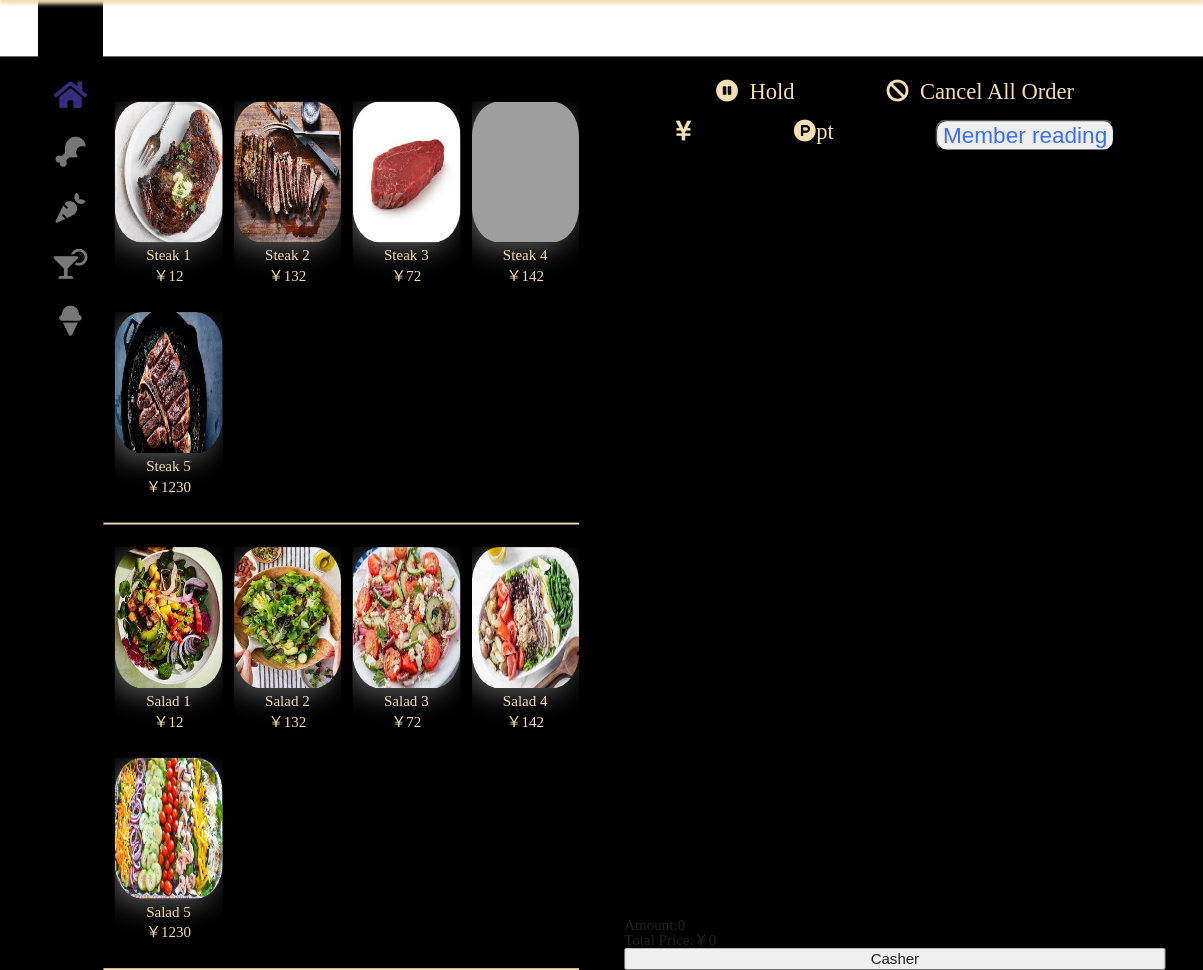
Repository: vuhungson158/Menu
Page: /
An editor plug-in stored every save of this project. The page is shown before and after the next save, followed by the edit.
The browser window is 1280 px wide. The pictures show the whole page, at 94% of full size.
Pictures or frames that could not be fetched are drawn as grey boxes. The project was rebuilt for these pictures with package versions that can differ from the ones it lists, and the page was loaded fresh each time. Also part of the build but not shown: src/component/mainMenu/orderBlock/orderContent/OrderedItem.jsx, src/redux-store/actions/HoldActions.jsx, src/component/mainMenu/orderBlock/utilities/HoldItem.jsx.

Above is the page before, as saved 2021-08-22 10:22:03.

### public/index.html
<!DOCTYPE html>
<html lang="en">
  <head>
    <meta charset="utf-8" />
    <link rel="icon" href="%PUBLIC_URL%/favicon.ico" />
    <meta name="viewport" content="width=device-width, initial-scale=1" />
    <meta name="theme-color" content="#000000" />
    <meta
      name="description"
      content="Web site created using create-react-app"
    />
    <link rel="apple-touch-icon" href="%PUBLIC_URL%/logo192.png" />
    <!--
      manifest.json provides metadata used when your web app is installed on a
      user's mobile device or desktop. See https://developers.google.com/web/fundamentals/web-app-manifest/
    -->
    <link rel="manifest" href="%PUBLIC_URL%/manifest.json" />
    <link rel="stylesheet" href="fontawesome-5.15.3-web/css/all.min.css">

    <!--
      Notice the use of %PUBLIC_URL% in the tags above.
      It will be replaced with the URL of the `public` folder during the build.
      Only files inside the `public` folder can be referenced from the HTML.

      Unlike "/favicon.ico" or "favicon.ico", "%PUBLIC_URL%/favicon.ico" will
      work correctly both with client-side routing and a non-root public URL.
      Learn how to configure a non-root public URL by running `npm run build`.
    -->
    <title>Restaurant Menu</title>
  </head>
  <body>
    <noscript>You need to enable JavaScript to run this app.</noscript>
    <div id="root"></div>
    <!--
      This HTML file is a template.
      If you open it directly in the browser, you will see an empty page.

      You can add webfonts, meta tags, or analytics to this file.
      The build step will place the bundled scripts into the <body> tag.

      To begin the development, run `npm start` or `yarn start`.
      To create a production bundle, use `npm run build` or `yarn build`.
    -->
  </body>
</html>

### src/redux-store/index.jsx
import { createStore, applyMiddleware } from "redux";
import { composeWithDevTools } from "redux-devtools-extension";
import thunk from "redux-thunk";
import rootReducer from "./reducers";

const initialState = {};

const middleware = [thunk];

const store = createStore(
    rootReducer,
    initialState,
    composeWithDevTools(applyMiddleware(...middleware))
);

export default store;

### src/component/mainMenu/index.jsx
import React from 'react';
import CenterMenu from './centerMenu';
import OrderBlock from './orderBlock';

const MainMenu = () => {
    return (
        <div id="main-menu">
            <div className="container">
                <div className="grid">
                    <CenterMenu />
                    <OrderBlock />
                </div>
            </div>
        </div >
    )
}

export default MainMenu

### src/styles/App.scss
@import "./_variables";
@import "./mixin";

* {
    box-sizing: border-box;
    font-family: "Fira sans", sans-serif;
}
body {
    font-size: 10px;
}

@media (max-width: $breakpoint_mobile) {
    :root {
        --container_width: 100%;
    }
}
@media (min-width: $breakpoint_mobile) {
    :root {
        --container_width: 720px;
    }
}
@media (min-width: $breakpoint_ipad) {
    :root {
        --container_width: 960px;
    }
}
@media (min-width: $breakpoint_sm_pc) {
    :root {
        --container_width: 1200px;
    }
}
@media (min-width: $breakpoint_pc) {
    :root {
        --container_width: 1800px;
    }
}

.container {
    margin: 0 auto;
    max-width: var(--container_width);
}

#navbar {
    position: fixed;
    height: $navbar_height;
    top: 0;
    left: 0;
    right: 0;
    z-index: $navbar_z-index;
    background-color: $background-color_1st;
    color: $color_1st;
    box-shadow: 0 4px 4px 0 $color_1st;
    transition: 0.5s;

    .container {
        position: relative;
        display: flex;
        align-items: center;
        justify-content: space-between;

        h1 {
            color: $color_1st;
            font-size: 3.6rem;
            font-weight: 900;
            letter-spacing: 2px;
            text-transform: uppercase;
        }

        #clock {
            font-size: 2.4rem;
            font-weight: 600;
        }

        .setting-icon {
            display: block;
            position: relative;
            z-index: 1;
            user-select: none;
            appearance: none;
            border: none;
            outline: none;
            background: none;
            cursor: pointer;

            span {
                display: block;
                position: relative;
                width: 36px;
                height: 4px;
                margin-bottom: 6px;
                background-color: $background-color_2nd;
                border-radius: 10%;
                z-index: 1;
                transform-origin: 0 0;
                transition: 0.5s;
            }

            &:hover span:nth-child(2) {
                background-color: $color_3rd;
            }

            &.active {
                span:nth-child(1) {
                    transform: translate(0px, -2px) rotate(45deg);
                }
                span:nth-child(2) {
                    opacity: 0;
                    transform: translateX(36px);
                }
                span:nth-child(3) {
                    transform: translate(-3px, 3px) rotate(-45deg);
                }
            }
            .setting-menu {
                position: absolute;
                right: 0;
                border: 2px solid $color_2nd;
                border-radius: 5%;
                overflow: hidden;
                padding: 12px;
                background-color: $background-color_1st;
                cursor: auto;
                animation: dropDown 0.2s;

                li {
                    min-width: 120px;
                    cursor: pointer;
                    text-align: center;
                    padding: 12px 8px;
                    font-size: 1.6rem;
                    transition: 0.2s;
                    &:hover {
                        transform: scale(1.2);
                        color: $color_3rd;
                    }
                }
            }
        }
    }
}

#main-menu {
    background-color: $background-color_1st;
    margin-top: $navbar_height;
    min-height: 100vh;
    .container {
        padding-top: 24px;
        .grid {
            --margin_left: 48px;
            display: flex;
            margin-left: calc(-1 * var(--margin_left));
            #center-menu,
            #order-block {
                margin-left: var(--margin_left);
                width: calc(50% - var(--margin_left));
            }
            #center-menu {
                --side-nav_width: 70px;
                #side-nav {
                    position: fixed;
                    top: 0;
                    bottom: 0;
                    width: var(--side-nav_width);
                    background: $background-color_1st;
                    overflow: hidden;
                    transition: width 0.2s;
                    z-index: 1;
                    &:hover {
                        width: 300px;
                    }
                    ul {
                        position: absolute;
                        top: 0;
                        left: 0;
                        width: 100%;
                        padding-left: 5px;
                        top: 10%;
                        li {
                            opacity: 0.5;
                            a {
                                position: relative;
                                display: block;
                                width: 100%;
                                display: flex;
                                text-decoration: none;
                                color: $color_2nd;
                                font-size: 2rem;
                                .icon {
                                    position: relative;
                                    display: block;
                                    min-width: 60px;
                                    height: 60px;
                                    line-height: 60px;
                                    text-align: center;
                                    i {
                                        position: relative;
                                        font-size: 2rem;
                                        z-index: 1;
                                    }
                                }
                                .title {
                                    position: relative;
                                    display: block;
                                    padding-left: 10px;
                                    height: 60px;
                                    line-height: 60px;
                                    white-space: nowrap;
                                }
                            }
                            &.active,
                            &:hover {
                                .icon,
                                .title {
                                    transition: 0.2s;
                                    color: $color_3rd;
                                }
                            }
                        }
                    }
                }
                #menu {
                    margin-left: calc(var(--side-nav_width) + 12px);
                    .page {
                        --spacing: 12px;
                        --columns: 4;
                        display: flex;
                        flex-wrap: wrap;
                        margin-left: calc(-1 * var(--spacing));
                        margin-top: calc(2 * var(--spacing));
                        border-bottom: 2px solid $background-color_2nd;
                        .food-item {
                            overflow: hidden;
                            margin-left: var(--spacing);
                            width: calc(100% / var(--columns) - var(--spacing));
                            display: flex;
                            flex-direction: column;
                            height: 200px;
                            cursor: pointer;
                            margin-bottom: calc(2 * var(--spacing));
                            transition: 0.2s;
                            &:hover .food-img {
                                box-shadow: 7px -7px 28px 0 $background-color_3rd;
                            }
                            .food-img {
                                height: 150px;
                                border-radius: 25%;
                                box-shadow: -7px 7px 28px 0 $box-shadow-color;
                            }
                            .food-name,
                            .food-price {
                                color: $color_1st;
                                text-align: center;
                                margin-top: calc(0.5 * var(--spacing));
                            }
                        }
                    }
                }
            }
            #order-block {
                display: flex;
                flex-direction: column;
                #utilities {
                    position: relative;
                    display: flex;
                    color: $color_1st;
                    justify-content: space-evenly;
                    font-size: 1.5rem;
                    z-index: 1;
                    & > div {
                        cursor: pointer;
                        transition: 0.2s;
                        &:hover {
                            color: $color_3rd;
                        }
                    }
                    #hold-table {
                        position: absolute;
                        left: 0;
                        width: 100%;
                        z-index: 100;
                        background-color: $background-color_1st;
                        border: 1px solid $background-color_2nd;
                        cursor: default;
                        text-align: center;
                        margin-top: 24px;
                        animation: dropDown 0.2s;
                        &:hover {
                            color: $color_1st;
                        }
                        thead {
                            background-color: $background-color_4th;
                            td {
                                color: $color_1st;
                                padding: 6px 0;
                                font-weight: 600;
                            }
                        }
                        tbody {
                            tr {
                                transition: 0.2s;
                                cursor: pointer;
                                box-sizing: border-box;
                                td {
                                    padding: 24px 0;
                                }
                                &:hover {
                                    color: $color_3rd;
                                    border: 1px solid $background-color_2nd;
                                }
                            }
                        }
                    }
                }
                #member-info{
                    display: flex;
                    justify-content: space-around;
                    color: $color_1st;
                    font-size: 1.5rem;
                    margin-top: 18px;
                    .member-reading{
                        border-radius: 12px;
                        color: $background-color_4th;
                    }
                }
                #order-list {
                    flex-grow: 1;
                }
            }
        }
    }
}

### src/redux-store/reducers/index.jsx
import { combineReducers } from "redux";
import HoldReducer from "./HoldReducer";
import MenuReducer from "./MenuReducer";
import OrderReducer from "./OrderReducer";

const rootReducer = combineReducers({
    menu: MenuReducer,
    order: OrderReducer,
    hold:HoldReducer
});

export default rootReducer;

### src/component/mainMenu/centerMenu/index.jsx
import React from 'react';
import MenuPage from './MenuPage';
import PropTypes from 'prop-types';
import { connect } from 'react-redux';
import SideBar from './sidebar';

const CenterMenu = ({ foods }) => {
    return (
        <div id="center-menu">
            <SideBar />
            <div id="menu">
                {
                    Object.entries(foods).map(page => (
                        <MenuPage key={page[0]} page={page[1]} />
                    ))
                }
            </div>
        </div >
    )
};

CenterMenu.prototype = {
    foods: PropTypes.array.isRequired,
};

const mapStateToProps = state => ({
    foods: state.menu.foods
});

export default connect(mapStateToProps)(CenterMenu)

### src/component/mainMenu/orderBlock/index.jsx
import React from 'react'
import MemberInfo from './MemberInfo'
import OrderedContent from './orderContent'
import Utilities from './utilities'


const OrderBlock = () => {

    return (
        <div id="order-block" className="d-flex flex-column">
            <Utilities />
            <MemberInfo />
            <OrderedContent />
            <button id="casher-btn" className="btn btn-primary">Casher</button>
        </div>
    )
}

export default OrderBlock

### src/component/navbar/Clock.jsx
import React, { useEffect, useState } from 'react'
import { showTime } from '../../pure-JS/MyTime';

const Clock = () => {

    const [clock, setClock] = useState("")

    useEffect(() => {
        const intervalClock = setInterval(() => setClock(showTime()), 1000);
        return () => clearInterval(intervalClock);
    }, []);

    return (
        <div id="clock">{clock ? clock : showTime()}</div>
    )
}

export default Clock

### src/styles/_variables.scss
:root {
    --spacing: 0;
    --container_width: 0;
    --columns: 0;
}

// Color
$color_1st: wheat;
$color_2nd: #eee;
$color_3rd: #6a5af9;
$color_4th: #3d6ef7;
$color_light: #ededed;
$color_dark: black;

$box-shadow-color: #555;

// Background Color
$background-color_1st: black;
$background-color_2nd: wheat;
$background-color_3rd: #6a5af9;
$background-color_4th: #3D6EF7;;

// z-index
$navbar_z-index: 99;

// Height
$navbar_height: 60px;

// Width
$breakpoint_mobile: 768px;
$breakpoint_ipad: 1024px;
$breakpoint_sm_pc: 1224px;
$breakpoint_pc: 1824px;

### src/styles/_mixin.scss
@keyframes dropDown {
    0% {
        transform: translateY(-100px);
    }
    100% {
        transform: skewY(0);
    }
}

### src/redux-store/reducers/HoldReducer.jsx
import { MAKE_HOLD } from "../actions/TYPE";

var initialState = {
    holder: [{}, {}, {}, {}, {}, {}, {}, {}, {}, {}]
}

const HoldReducer = (state = initialState, action) => {
    const { type, payload } = action;

    switch (type) {
        case MAKE_HOLD:
            if (payload.totalAmount === 0) {
                state.holder[payload.index] = {};
                return state;
            } else {
                state.holder[payload.index] = payload;
                return state;
            }
        default:
            return state;
    }
};

export default HoldReducer;

### src/redux-store/reducers/MenuReducer.jsx
import { SWITCH_BRANCH } from "../actions/TYPE";
import { MenuInitialState } from "./MenuInitialState";

const MenuReducer = (state = MenuInitialState, action) => {
    const { type, payload } = action;

    switch (type) {
        case SWITCH_BRANCH:
            return {
                ...state,
                branchs: state.branchs.map((branch) => {
                    if (branch.id === payload) branch.active = true;
                    else if (branch.active) branch.active = false;
                    return branch;
                })
            };
        default:
            return state;
    }
};

export default MenuReducer;

### src/component/mainMenu/centerMenu/MenuPage.jsx
import React from 'react'
import MenuItem from './MenuItem'

const MenuPage = ({ page }) => {
    return (
        <div className="page">
            {
                page.map((food) => (
                    <MenuItem key={food.id} food={food} />
                ))
            }
        </div>
    )
}

export default MenuPage

### src/component/mainMenu/centerMenu/sidebar/index.jsx
import React from 'react'
import PropTypes from 'prop-types';
import { connect } from 'react-redux';
import { switchBranch } from '../../../../redux-store/actions/MenuActions';

const SideBar = ({branchs, switchBranch}) => {
    return (
        <div id="side-nav" className="side-nav">
            <ul>
                {
                    branchs.map((branch) => (
                        <li key={branch.id} className={branch.active ? "list active" : "list"} >
                            <a href="/#" onClick={() => switchBranch(branch.id)}>
                                <span className="icon"><i className={branch.icon}></i></span>
                                <span className="title">{branch.name}</span>
                            </a>
                        </li>
                    ))
                }
            </ul>
        </div>
    )
}

SideBar.prototype = {
    branchs: PropTypes.array.isRequired,
    switchBranch: PropTypes.func.isRequired
};

const mapStateToProps = state => ({
    branchs: state.menu.branchs
});

export default connect(mapStateToProps, { switchBranch })(SideBar)

### src/component/mainMenu/orderBlock/MemberInfo.jsx
import React from 'react'

const MemberInfo = () => {
    return (
        <div id="member-info">
            <div>
                <i className="fas fa-yen-sign"></i>
                <span></span>
            </div>
            <div>
                <i className="fab fa-product-hunt"></i>
                <span>pt</span>
            </div>
            <button className="member-reading">
                Member reading
            </button>
        </div>
    )
}

export default MemberInfo

### src/component/mainMenu/centerMenu/MenuItem.jsx
import React from 'react'
import PropTypes from 'prop-types';
import { connect } from 'react-redux';
import { addToOrder } from '../../../redux-store/actions/OrderActions';

const MenuItem = ({ food, addToOrder }) => {

    return (
        <div className="food-item" key={food.id} onClick={() => { addToOrder(food) }}>
            <img className="food-img" src={food.img} alt="" />
            <div className="food-name">{food.name}</div>
            <div className="food-price">￥{food.price}</div>
        </div>
    )
}

MenuItem.prototype = {
    addToOrder: PropTypes.func.isRequired,
};

const mapStateToProps = state => ({
});

export default connect(mapStateToProps, { addToOrder })(MenuItem)

### src/redux-store/actions/MenuActions.jsx
import { SWITCH_BRANCH } from "./TYPE";


export const switchBranch = newID => dispatch => {
    dispatch({
        type: SWITCH_BRANCH,
        payload: newID
    })
};

### src/redux-store/actions/OrderActions.jsx
import { ADD_ORDER, AMOUNT_DOWN, AMOUNT_UP, CHANGE_AMOUNT, CLEAR_ALL, HOLD_TO_ORDER } from "./TYPE";
import { v4 as uuidV4 } from "uuid";

export const addToOrder = item => dispatch => {
    dispatch({
        type: ADD_ORDER,
        payload: { ...item, id: uuidV4(), amount: 1 }
    })
};

export const holdToOrder = orders => dispatch => {
    dispatch({
        type: HOLD_TO_ORDER,
        payload: orders
    })
};

export const changeAmount = (id, amount) => dispatch => {
    dispatch({
        type: CHANGE_AMOUNT,
        payload: { id, amount: parseInt(amount, 10) }
    })
};

export const amountUp = id => dispatch => {
    dispatch({
        type: AMOUNT_UP,
        payload: id
    })
};

export const amountDown = (id, amount) => dispatch => {
    dispatch({
        type: AMOUNT_DOWN,
        payload: { id, amount }
    })
};

export const clearAll = () => dispatch => {
    dispatch({
        type: CLEAR_ALL,
        payload: null
    })
};

Loaded but not shown: src/serviceWorker.js (common file); src/styles/Reset.css (common file); public/fontawesome-5.15.3-web/css/all.min.css (library); src/redux-store/reducers/MenuInitialState.js (124 lines, source omitted); src/index.js (20 lines, source omitted); src/redux-store/actions/TYPE.js (13 lines, source omitted); src/pure-JS/MyTime.js (13 lines, source omitted); src/App.js (16 lines, source omitted); src/redux-store/reducers/OrderReducer.jsx (71 lines, source omitted); src/component/mainMenu/orderBlock/utilities/index.jsx (54 lines, source omitted); src/component/navbar/index.jsx (47 lines, source omitted); src/component/mainMenu/orderBlock/orderContent/index.jsx (43 lines, source omitted)

After the next save:
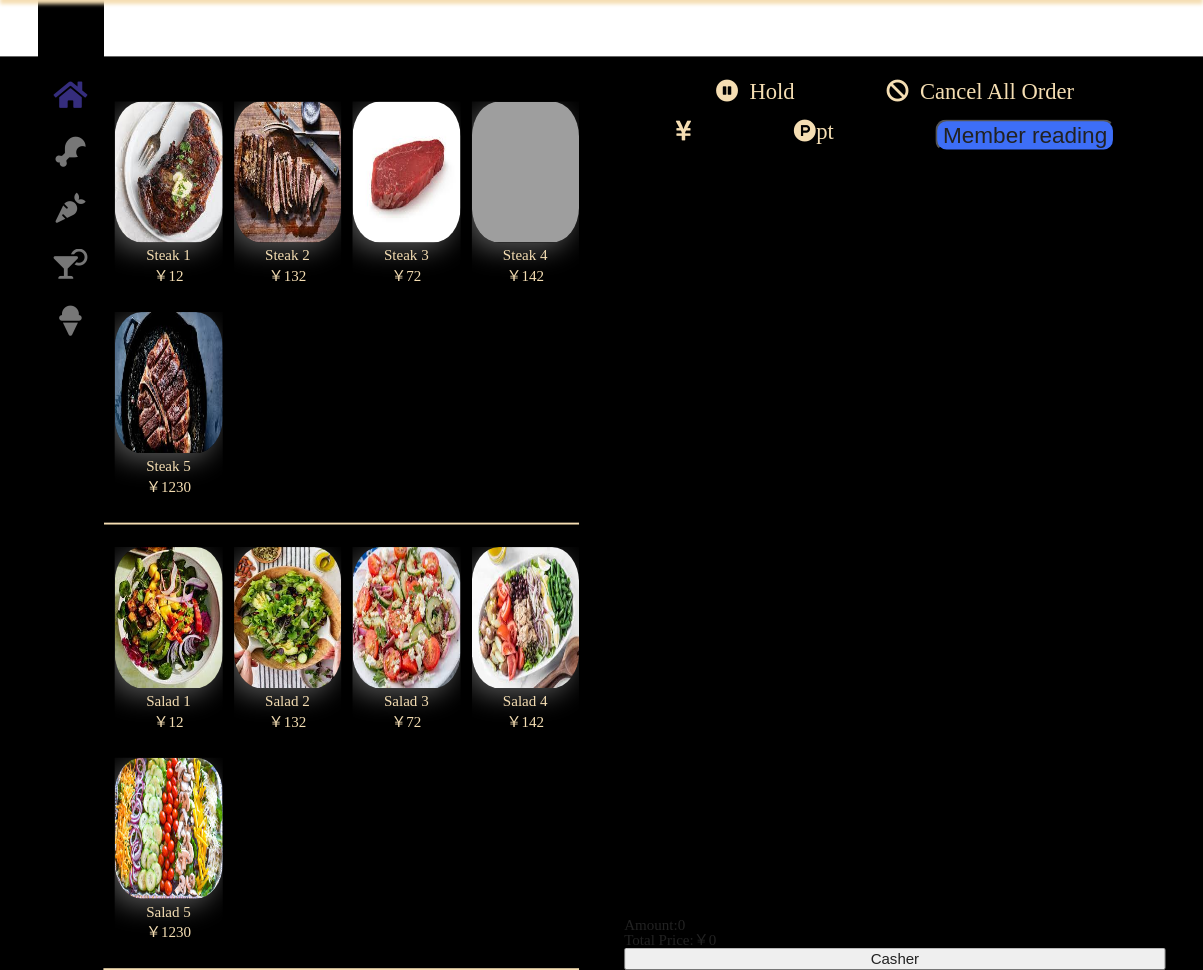
Saved 6 s later.
--- a/src/styles/App.scss
+++ b/src/styles/App.scss
@@ -319,7 +319,7 @@ body {
                     margin-top: 18px;
                     .member-reading{
                         border-radius: 12px;
-                        color: $background-color_4th;
+                        background-color: $background-color_4th;
                     }
                 }
                 #order-list {
